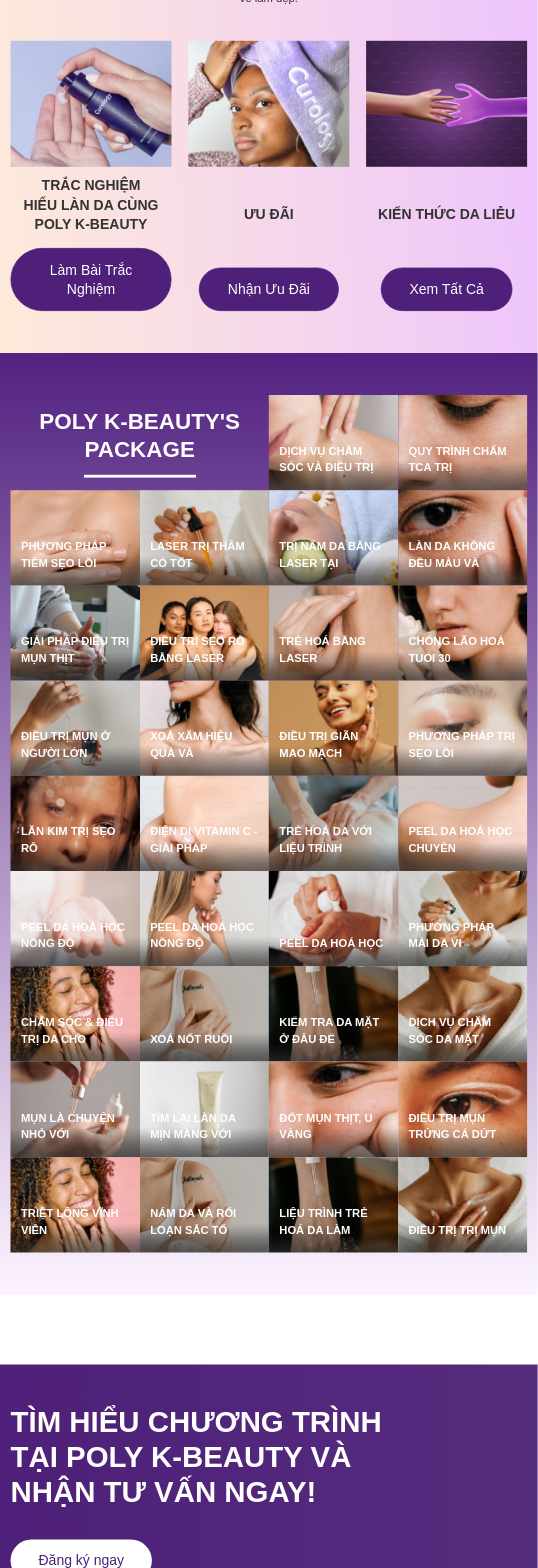
Repository: dinhtri123/k_beauty
Page: index.html
The author's editor kept a copy of each file at every save. The page is drawn from the files as they stood at one save, then again after the next save.
The browser window is 768 px wide. The pictures show the part of the page from y = 546 to 2786 px (the page is 4361 px tall before and 4337 px after), at 70% of full size.
Some web fonts or font styles are not loaded; a fallback is used.

Above is the page before, as saved 2024-12-24 20:25:30.

After the next save:
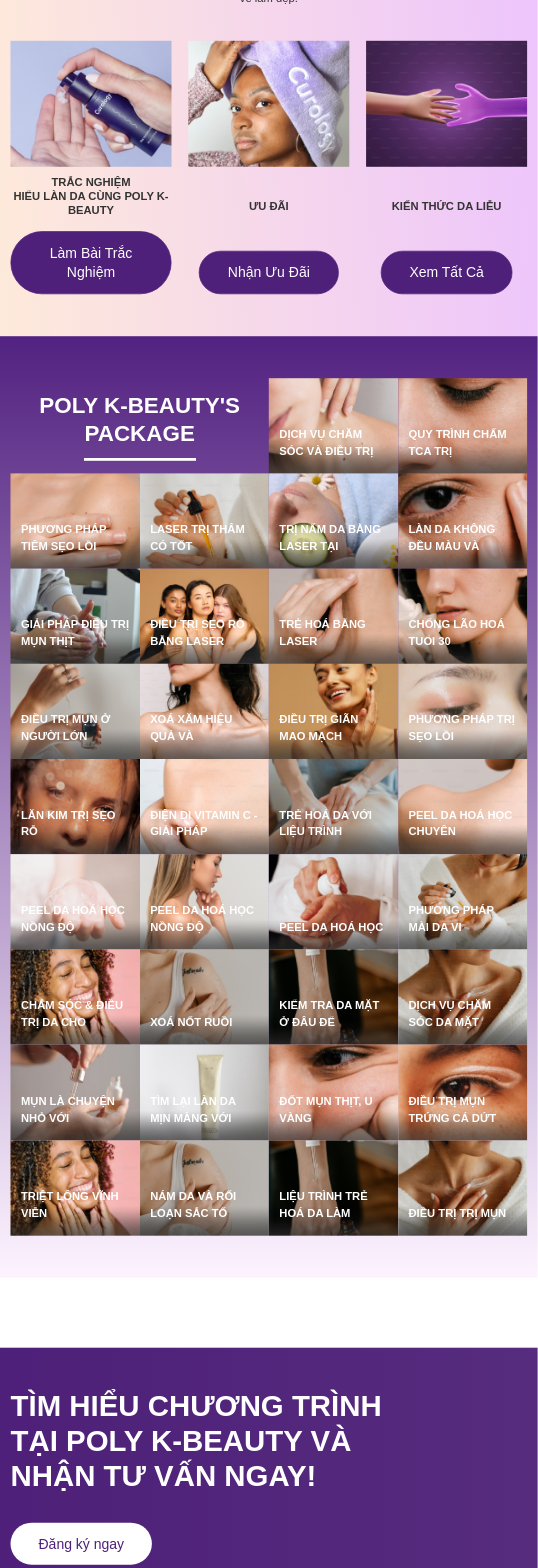
Saved 16 s later.
--- a/css/style.css
+++ b/css/style.css
@@ -568,6 +568,10 @@
   .befenit-item > div {
     padding: 0;
   }
+  .befenit-item > div h3 {
+    font-size: 16px;
+    line-height: 20px;
+  }
 }
 @media screen and (max-width: 767px) {
   .footer-wrapper {
